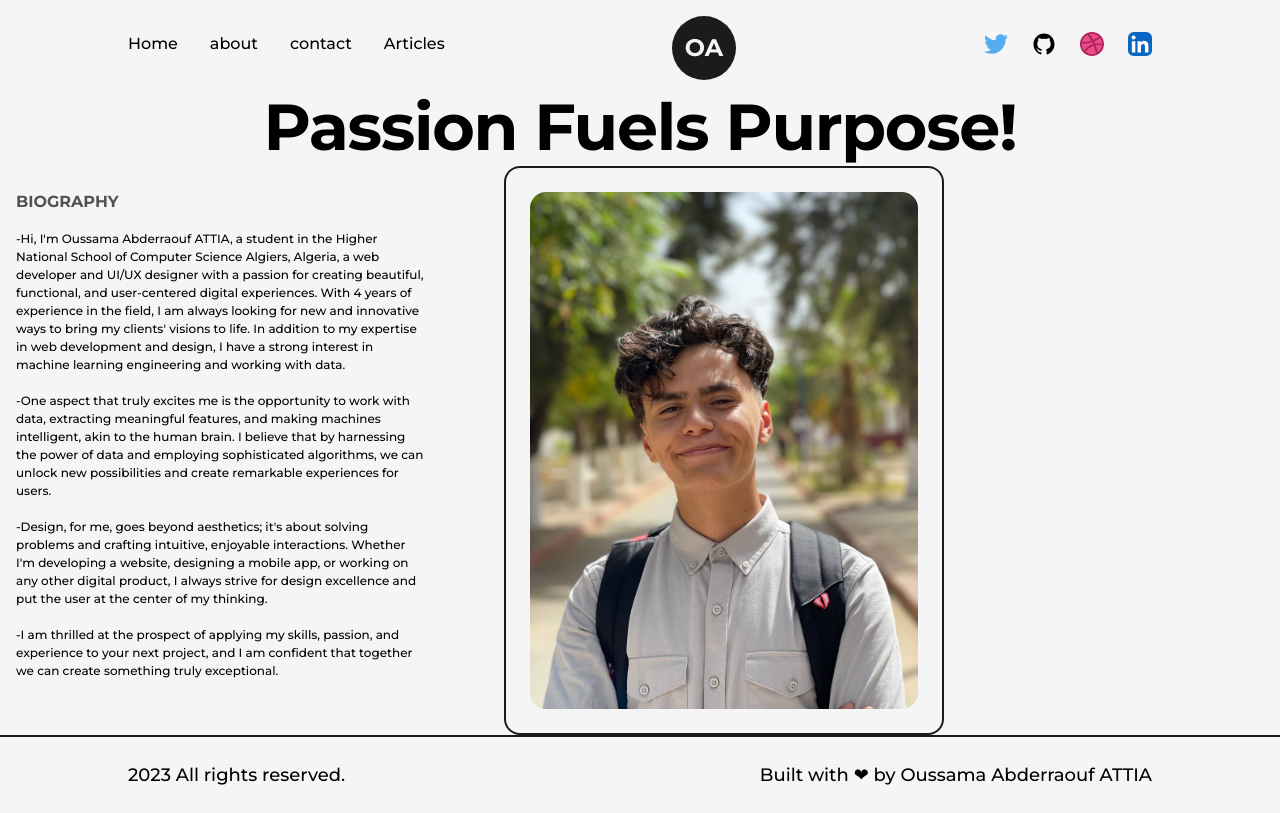
Repository: OussamaAbderraoufAttia/Next.js-Developer-Portfolio
Page: /About
These files come from the project's save history. The page is drawn as it stood at one moment and after the next save; the edit follows.
The browser window is 1280 px wide. The pictures show the whole page.
The project was rebuilt for these pictures with package versions that can differ from the ones it lists, and the page was loaded fresh each time. The framework's server and built-in components were replaced by stand-ins that run in the browser. Also part of the build but not shown: next.config.js, src/components/AnimatedText.js.

Above is the page before, as saved 2023-06-27 22:53:04.

### src/pages/_app.js
import Footer from '@/components/Footer'
import NavBar from '@/components/NavBar'
import '@/styles/globals.css'
import { Montserrat } from 'next/font/google'
import Head from 'next/head'


const montserrat = Montserrat({
  subsets: ['latin'],
  variable: "--font-mont"
})
export default function App({ Component, pageProps }) {
  return (
    <>
    <Head>
      <meta name="viewport" content="width=device-width, initial-scale=1" />
      <link rel="icon" href="/favicon.ico" />
    </Head>
    <main className={`${montserrat.variable} font-mont bg-light w-full min-h-screen`}>
      <NavBar />
      <Component {...pageProps} />
      <Footer />
    </main>
    </>
  )
}

### src/pages/About.js
import React from 'react';
import Head from 'next/head';
import AnimatedText from '@/components/AnimatedText';
import Layout from '@/components/Layout';
import me from '../../public/images/profile/me.jpg';
import Image from 'next/image';

const about = () => {
  return (
    <>
        <Head>
            <title>OA | About Page</title>
            <meta name='description' content='About Oussama Abderraouf ATTIA' />
        </Head>
        <main className='flex w-full flex-col item-center justify-center'>
            <Layout className='pt-16'>
                <h1 className="text-center" style={{
                    fontSize: '65px',
                    fontWeight: 'bold',
                    lineHeight: '1.2',
                    letterSpacing: '-0.02em',
                }}>
                    Passion Fuels Purpose!
                </h1>
                <div className='grid w-full grid-cols-8 gap-16'>
                    <div className='col-span-3 flex flex-col items-start justify-start px-4 py-6'>
                        <h2 className='mb-4  text- font-bold uppercase text-dark/75'>
                            Biography
                        </h2>
                        <div  style={{fontSize: 12}}>
                        <p className='font-medium '>
                            -Hi, I'm Oussama Abderraouf ATTIA, a student in the Higher National School of Computer Science Algiers, Algeria, a web developer and UI/UX designer with a passion for creating beautiful, functional, and user-centered digital experiences. With 4 years of experience in the field, I am always looking for new and innovative ways to bring my clients' visions to life. In addition to my expertise in web development and design, I have a strong interest in machine learning engineering and working with data.
                        </p>
                        <br/>
                       <p className='font-medium '>
                            -One aspect that truly excites me is the opportunity to work with data, extracting meaningful features, and making machines intelligent, akin to the human brain. I believe that by harnessing the power of data and employing sophisticated algorithms, we can unlock new possibilities and create remarkable experiences for users.
                       </p>
                       <br/>
                       <p className='font-medium '>
                            -Design, for me, goes beyond aesthetics; it's about solving problems and crafting intuitive, enjoyable interactions. Whether I'm developing a website, designing a mobile app, or working on any other digital product, I always strive for design excellence and put the user at the center of my thinking.
                       </p>
                       <br/>
                       <p className='font-medium '>
                            -I am thrilled at the prospect of applying my skills, passion, and experience to your next project, and I am confident that together we can create something truly exceptional.
                       </p>
                        </div>

                    </div>
                    <div className='col-span-3 relative h-max rounded-2xl border-2 border-solid border-dark bg-light p-6'>
    <Image src={me} alt='Oussama Abderraouf ATTIA' width={1220} height={2345} className='rounded-2xl' />
</div>


                </div>
            </Layout>
        </main>
    </>
  )
}

export default about;

### src/components/Footer.js
import React from 'react';
import Link from 'next/link';
import Layout from './Layout';

const Footer = () => {
  return (
    <div>
      <footer className='w-full border-t-2  border-solid  border-dark
      font-medium text-lg
      '>
        <Layout className=' py-6 flex items-center justify-between '>
        <span>
            2023 All rights reserved.
        </span>
        <div>
            <p  >
                Built with &#10084; by Oussama Abderraouf ATTIA
             </p>
        </div>

        </Layout>

      </footer>
    </div>
  )
}

export default Footer

### src/components/NavBar.js
import Link from "next/link";
import React from "react";
import { useRouter } from "next/router";
import Logo from "./Logo";
import   { TwitterIcon, DribbbleIcon, GithubIcon, LinkedInIcon, PinterestIcon } from "./Icons";
import { motion } from "framer-motion";

const CustomLink = ({ href, title, className="" }) => {
    const router = useRouter();
    return (
        <Link href={href} className= {`${className} relative group `}>
            {title }
            <span className={`h-[1px] inline-block bg-dark absolute left-0 bottom-0.5 group-hover:w-full
            transiion-[width] ease duration-300 ${router.asPath === href ? "w-full" : "w-0" }
            `}> &nbsp; </span>
        </Link>
    )
}


const NavBar = () => {
    return (
        <header className="w-full px-32 py-8 font-medium flex items-center justify-between">
            <nav>
                <CustomLink href="/"  title="Home" className="mr-4"/>
                <CustomLink href="/about" title="about" className="mx-4"/>
                <CustomLink href="/contact"  title="contact" className="mx-4"/>
                <CustomLink href="/Articles"  title="Articles" className="ml-4"/>
            </nav>

            <nav className="flex item-center justify-center flex-wrap">
                <motion.a href="https://twitter.com/oussamaattia245" target={"_blank"}
                whileHover={{ y:-5  }}
                whileTap={{ scale: 0.9 }}
                className="w-6 mx-3"
                >
                    <TwitterIcon />
                 </motion.a>
                <motion.a href="https://github.com/OussamaAbderraoufAttia" target={"_blank"}
                whileHover={{ y:-5  }} whileTap={{ scale: 0.9 }}
                className="w-6 mx-3"
                > <GithubIcon /> </motion.a>
                <motion.a href="https://dribbble.com/JohnLoyd" target={"_blank"}
                whileHover={{ y:-5  }} whileTap={{ scale: 0.9 }}
                className="w-6 mx-3"
                > <DribbbleIcon /> </motion.a>
                <motion.a href="https://www.linkedin.com/in/oussama-abderraouf-attia-494b32225/" target={"_blank"}
                whileHover={{ y:-5  }} whileTap={{ scale: 0.9 }}
                className="w-6 ml-3"
                > <LinkedInIcon /> </motion.a>

            </nav>
            <div className="absolute left-[50%] top-2    translate-x-[50%]">
                 <Logo />
            </div>
        </header>
    )
}

export default NavBar;

### src/components/Layout.js
import React from 'react';

const Layout = ({ children, className = "" }) => {
  return (
    <div className={`  w-full h-full inline-block z-0 bg-light p-32${className}`}>
      {children}
    </div>
  );
};

export default Layout;

### src/components/Logo.js
import React from "react";
import Link from "next/link";
import { motion } from "framer-motion";



const MotionLink = motion(Link);
const Logo = () => {
  return (
    <div className="flex items-center justify-center mt-2">
      <MotionLink
        href="/"
        className="w-16 h-16 bg-dark text-light flex items-center justify-center rounded-full font-bold text-2xl"
        whileHover={{
            backgroundColor:["#121212", "rgba(131,58,180,1)","rgba(253,29,29,1)","rgba(252,176,69,1)","rgba(131,58,180,1)", "#121212"],
          transition: {
            duration: 1,
            repeat: Infinity,
          },
        }}
      >
        OA
      </MotionLink>
    </div>
  );
};

export default Logo;

### tailwind.config.js
/** @type {import('tailwindcss').Config} */
const {fontFamily} = require('tailwindcss/defaultTheme')

module.exports = {
  content: [
    // Or if using `src` directory:
    "./src/**/*.{js,ts,jsx,tsx,mdx}",
  ],
  theme: {
    extend: {
      fontFamily: {
        mont: ['var(--font-mont)', 'sans-serif'],
      },
        colors: {
          dark: "#1b1b1b",
          light: "#f5f5f5",
          primary: "#B63E96", // 240,86,199
          primaryDark: "#58E6D9", // 80,230,217
      },
      animation: {
        'spin-slow': 'spin 8s linear infinite',
      },
    },
  },
  plugins: [],
}

Loaded but not shown: src/pages/_document.js (common file); src/styles/globals.css (common file); src/components/Icons.js (484 lines, source omitted)

After the next save:
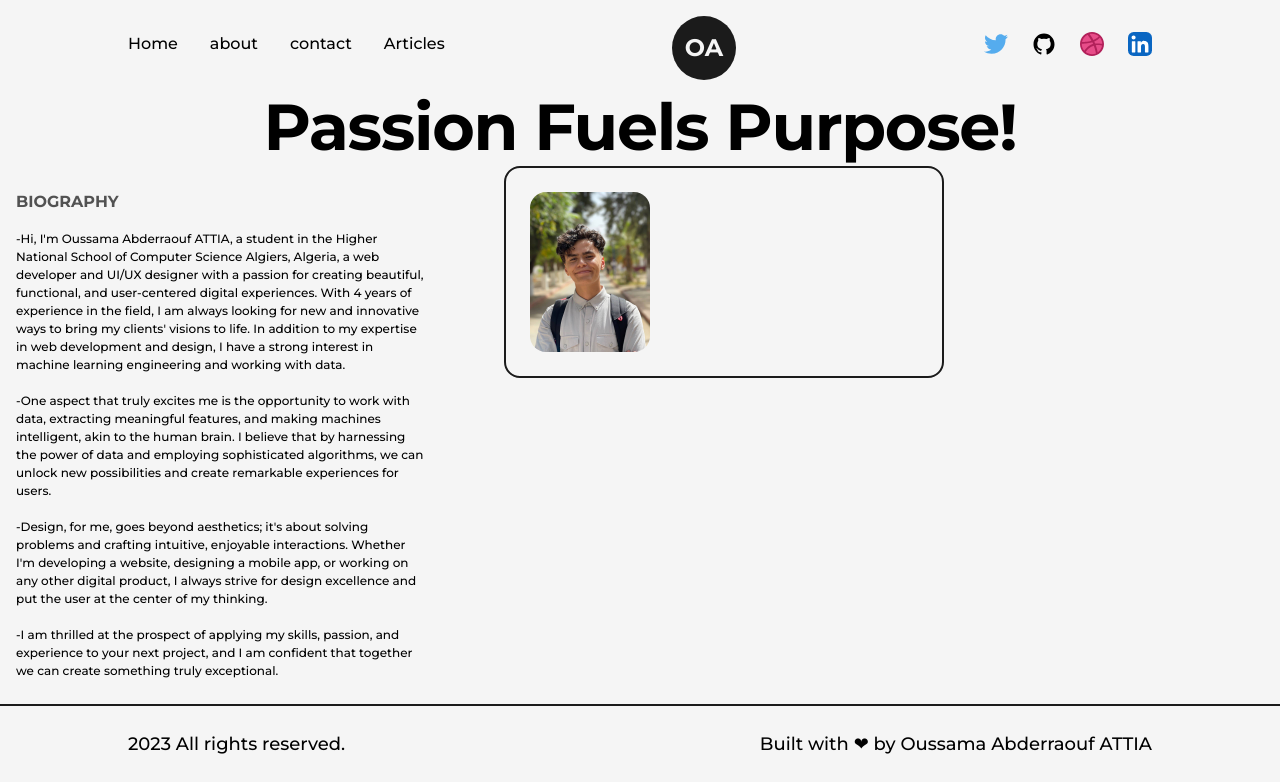
Saved 5 s later.
--- a/src/pages/About.js
+++ b/src/pages/About.js
@@ -47,7 +47,7 @@
 
                     </div>
                     <div className='col-span-3 relative h-max rounded-2xl border-2 border-solid border-dark bg-light p-6'>
-    <Image src={me} alt='Oussama Abderraouf ATTIA' width={1220} height={2345} className='rounded-2xl' />
+    <Image src={me} alt='Oussama Abderraouf ATTIA' width={120} height={2345} className='rounded-2xl' />
 </div>
 
 

After the save that followed:
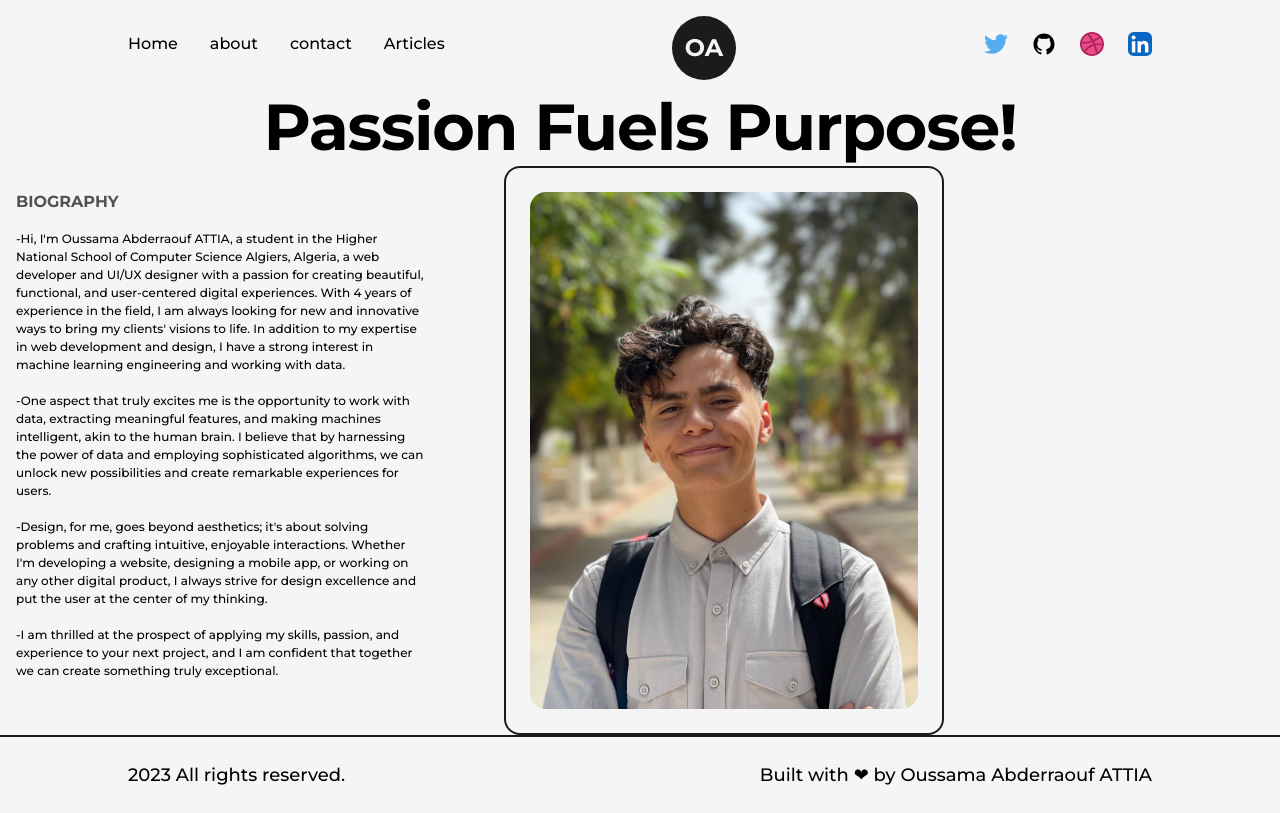
Saved 8 s later.
--- a/src/pages/About.js
+++ b/src/pages/About.js
@@ -47,7 +47,7 @@
 
                     </div>
                     <div className='col-span-3 relative h-max rounded-2xl border-2 border-solid border-dark bg-light p-6'>
-    <Image src={me} alt='Oussama Abderraouf ATTIA' width={120} height={2345} className='rounded-2xl' />
+    <Image src={me} alt='Oussama Abderraouf ATTIA' width={900} height={2345} className='rounded-2xl' />
 </div>
 
 
